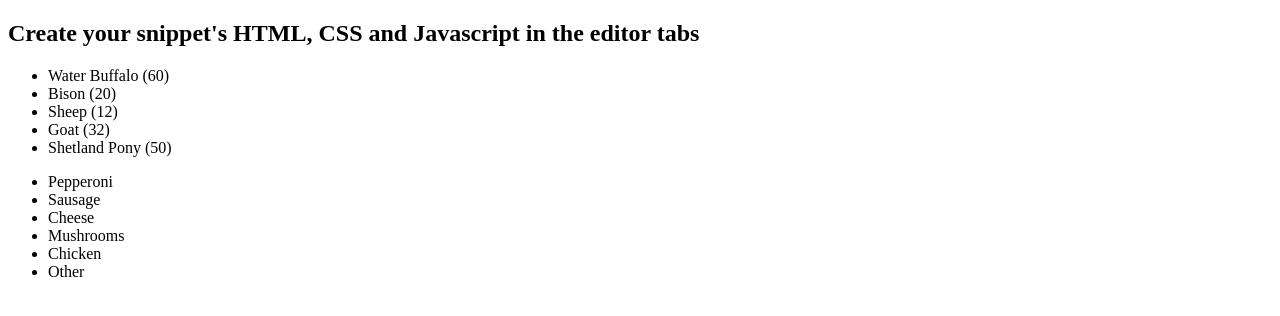
Repository: hiroshinuts/FH-BRQ-PROJETO
Page: http://localhost/teste_grafico/
These files come from the project's save history. The page is drawn as it stood at one moment and after the next save; the edit follows.
The browser window is 1280 px wide. The pictures show the whole page.
The page is served by Tomcat 9.

Above is the page before, as saved 2016-06-09 22:22:00.

After the next save:
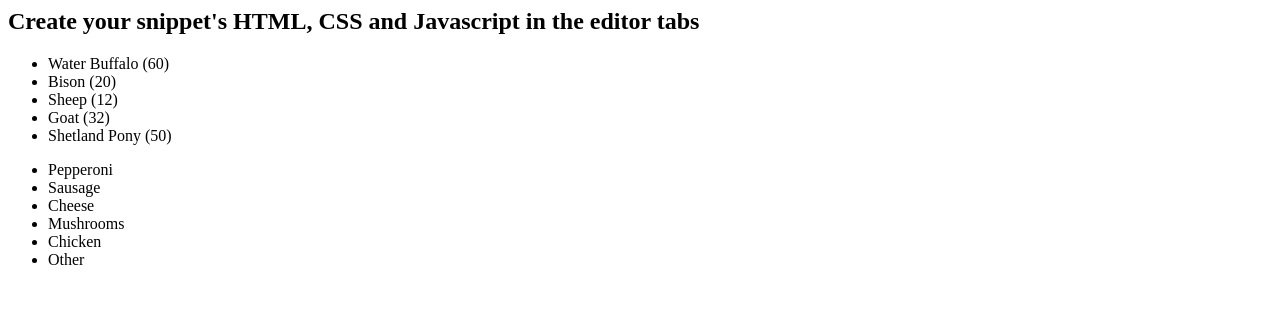
Saved 4 s later.
--- a/teste_grafico/WebContent/index.jsp
+++ b/teste_grafico/WebContent/index.jsp
@@ -1,6 +1,5 @@
 <%@ page language="java" contentType="text/html; charset=ISO-8859-1"
     pageEncoding="ISO-8859-1"%>
-<!DOCTYPE html PUBLIC "-//W3C//DTD HTML 4.01 Transitional//EN" "http://www.w3.org/TR/html4/loose.dtd">
 <html>
 <head>
 <meta http-equiv="Content-Type" content="text/html; charset=ISO-8859-1">
